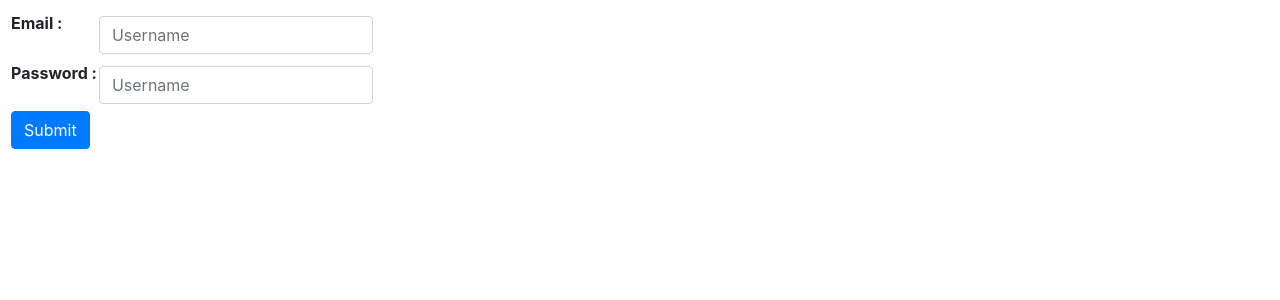
Repository: sahanjayawardena9619/paf_lab
Page: http://localhost/pafOnline/login.jsp
The author's editor kept a copy of each file at every save. The page is drawn from the files as they stood at one save, then again after the next save.
The browser window is 1280 px wide. The pictures show the whole page.
The page is served by Tomcat 9.

Above is the page before, as saved 2019-05-25 16:22:09.

After the next save:
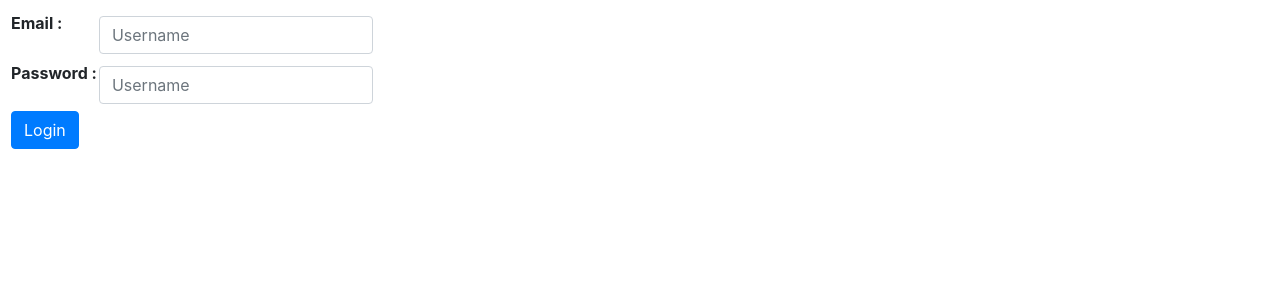
Saved 52 s later.
--- a/Client/paf_onlineProject/pafOnline/WebContent/login.jsp
+++ b/Client/paf_onlineProject/pafOnline/WebContent/login.jsp
@@ -46,7 +46,7 @@
 
 				<tr>
 					<td>
-						<button type="submit" class="btn btn-primary">Submit</button>
+						<button type="submit" name="btnLogin"  class="btn btn-primary">Login</button>
 					</td>
 				</tr>
 
